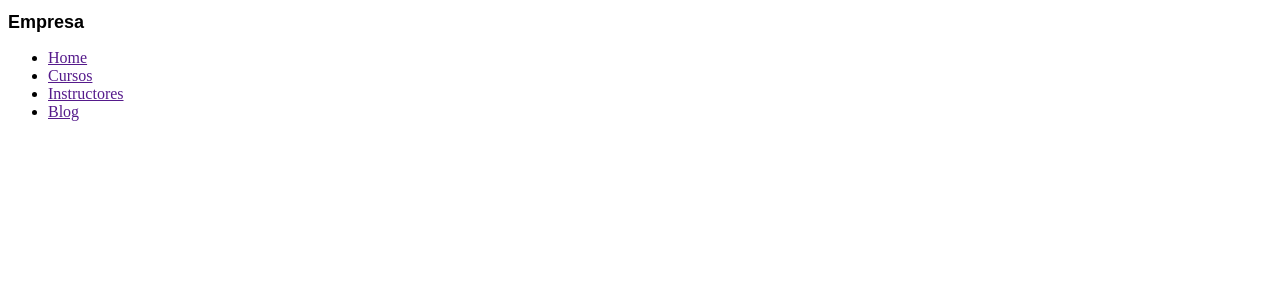
Repository: Daniel009980/daniel0099980
Page: especificidad/index.html
The author's editor kept a copy of each file at every save. The page is drawn from the files as they stood at one save, then again after the next save.
The browser window is 1280 px wide. The pictures show the whole page.

Above is the page before, as saved 2022-09-14 21:49:27.

### especificidad/index.html
<!DOCTYPE html>
<html lang="en">
<head>
    <meta charset="UTF-8">
    <meta http-equiv="X-UA-Compatible" content="IE=edge">
    <meta name="viewport" content="width=device-width, initial-scale=1.0">
    <title>Especificidad</title>
    <link rel="stylesheet" href="./style.css">
</head>
<body>
    <header class="page-header">
        <h1 id="page-title" class="title">Empresa</h1>  <!-- este id que aparece en la etique solo se puede usar una vez con ese nombre porque los ids son unicos y especificos a diferencia de las class que son mas genericas -->
        <nav>
            <ul id="main-nav" class="nav">
                <li><a href="">Home</a></li>
                <li><a href="">Cursos</a></li>
                <li><a href="">Instructores</a></li>
                <li><a href="">Blog</a></li>
            </ul>
        </nav>
    </header>
</body>
</html>

### especificidad/style.css
h1{
    font-family: serif;
}

#page-title{
    font-family: Arial, Helvetica, sans-serif;
}

.title{                                 /* este title esta en las etiquetas de h1 y com oaqui le damos un estilo a h1 de tipo de fuente que va a usar en esta parte le estamos dando el tamaño asi que ghay que tener cuidadi cuando trabajemos con varias etiquetas  */
    font-size: 18px;
    font-family: monospace;
}

/* esta es la especificidad de cascada como se puede ver
h1 ya tiene el tipo de fuente que se esta itulizando por lo  que en title se va
a ignorar la fuente que le queremos poner porque h1 esta arriba de title */

After the next save:
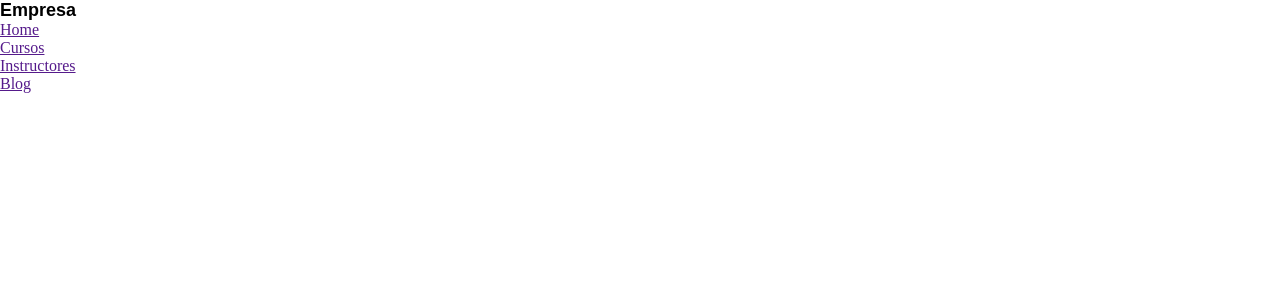
Saved 8 min 24 s later.
--- a/especificidad/style.css
+++ b/especificidad/style.css
@@ -1,3 +1,9 @@
+
+*{
+    box-sizing: border-box;
+    margin: 0%;
+    padding: 0%;
+}
 h1{
     font-family: serif;
 }
